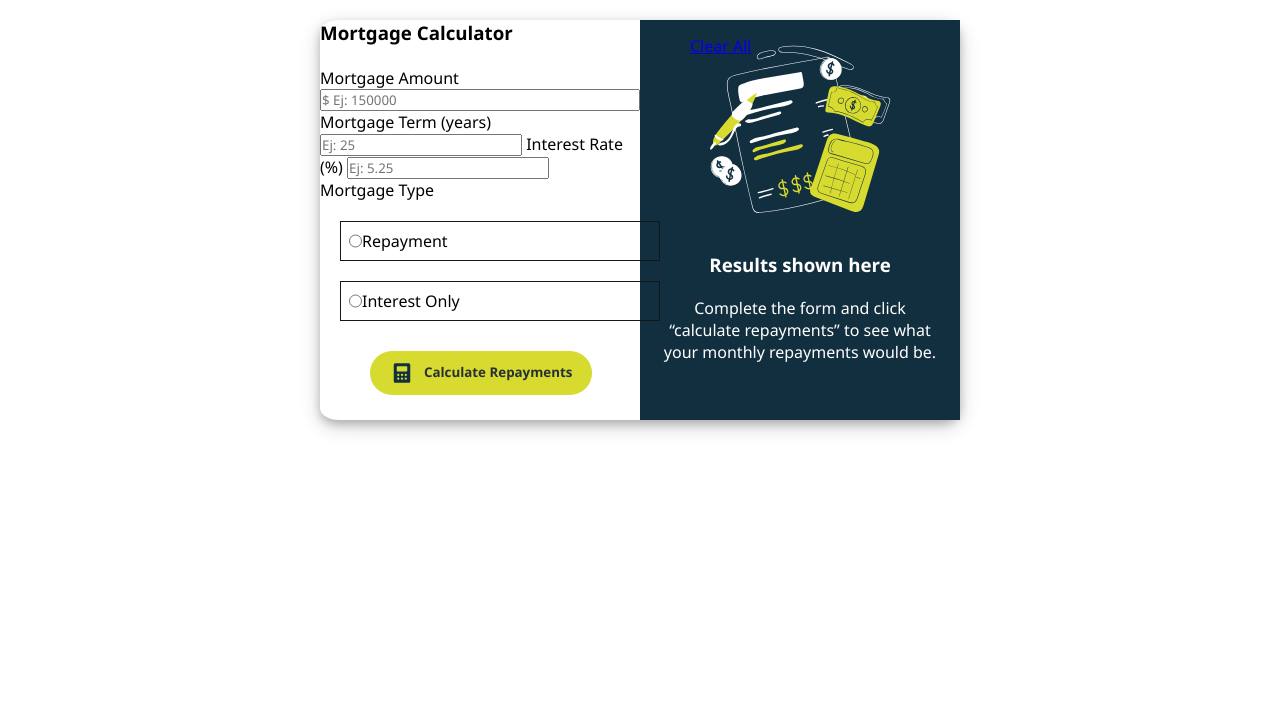
Repository: GravielPV/Mortgage-repayment-calculator
Page: index.html
An editor plug-in stored every save of this project. The page is shown before and after a run of saves, followed by the edit.
The browser window is 1280 px wide. The pictures show the whole page.

Above is the page before, as saved 2025-12-11 18:57:14.

After the next 6 saves:
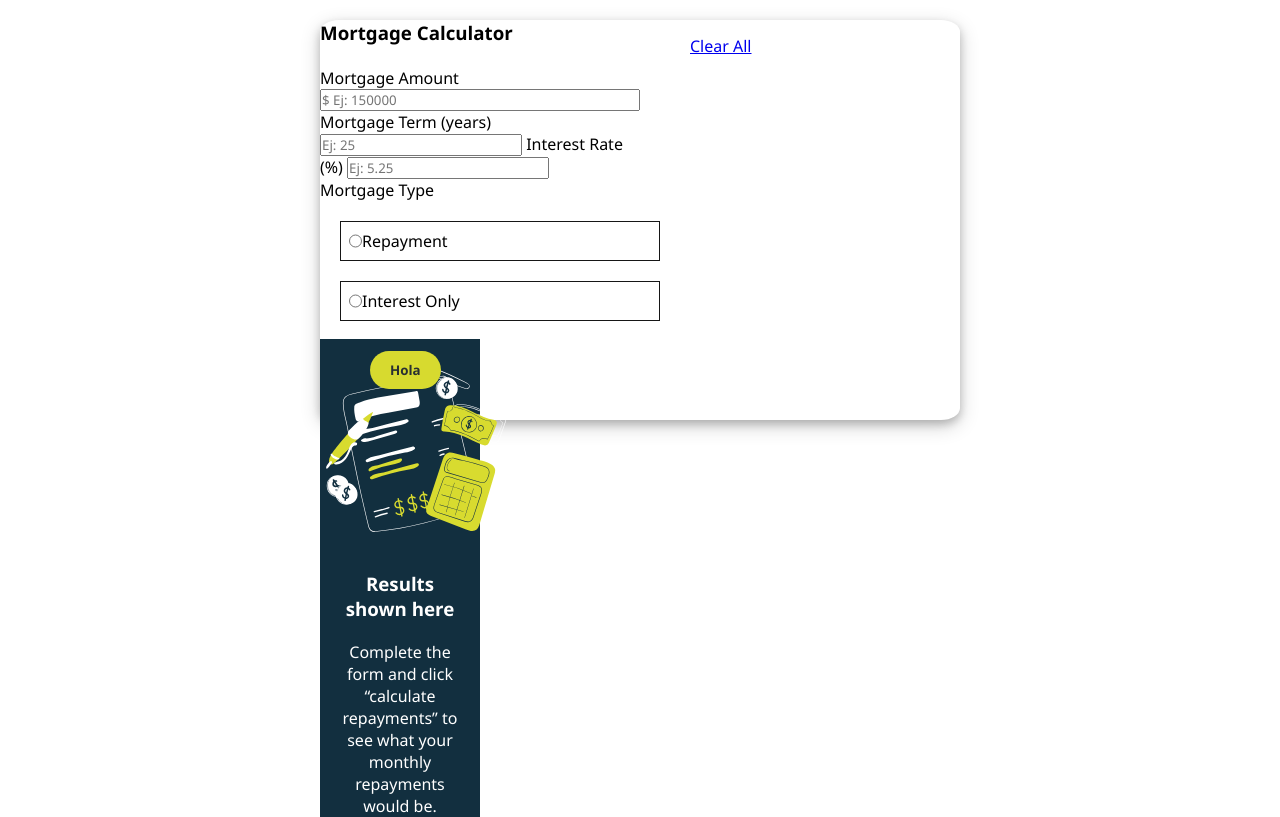
The 6 saves are shown as one change because they came seconds apart.
The last was saved 24 s later.
--- a/index.html
+++ b/index.html
@@ -77,8 +77,10 @@
       <!-- Botón -->
       <div class="boton">
 
-        <button type="submit"  onclick="calcular()"> <img src="assets/images/icon-calculator.svg" alt="calculadora icon">Calculate Repayments</button>
-      </div>
+        <!-- <button type="submit"  onclick="calcular()"> <img src="assets/images/icon-calculator.svg" alt="calculadora icon">Calculate Repayments</button>
+      </div> -->
+
+      <button onclick="">Hola</button>
 
     </form>
 

After the 3 saves that followed:
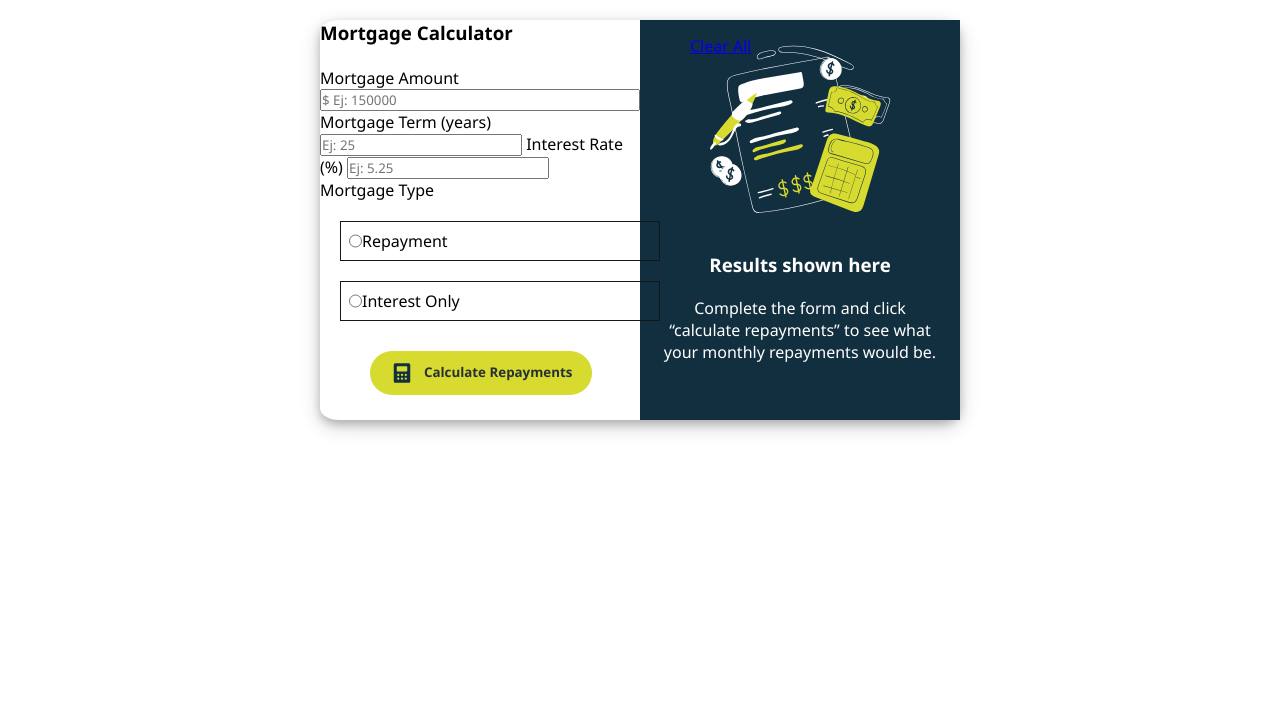
The 3 saves are shown as one change because 1 left the picture as it was and some came seconds apart.
The last was saved 19 s later.
--- a/index.html
+++ b/index.html
@@ -77,10 +77,10 @@
       <!-- Botón -->
       <div class="boton">
 
-        <!-- <button type="submit"  onclick="calcular()"> <img src="assets/images/icon-calculator.svg" alt="calculadora icon">Calculate Repayments</button>
-      </div> -->
+        <button type="submit"  onclick="calcular()"> <img src="assets/images/icon-calculator.svg" alt="calculadora icon">Calculate Repayments</button>
+      </div>
 
-      <button onclick="">Hola</button>
+
 
     </form>
 
